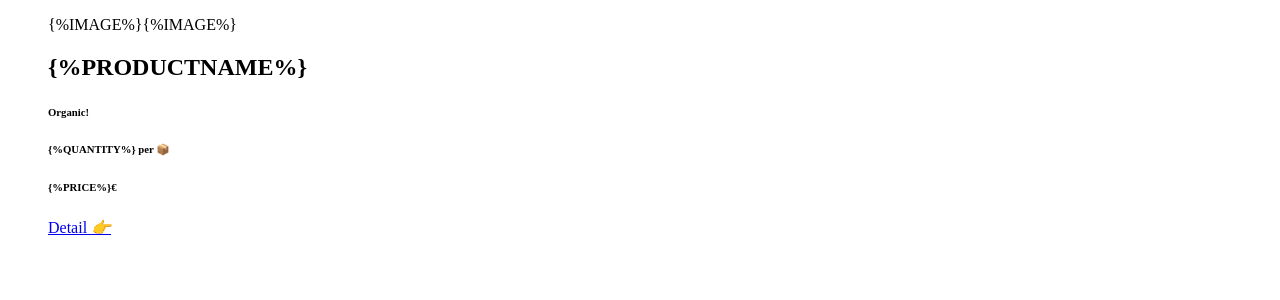
Repository: 13-Joban/Node_Farm_Backend
Page: templates/template-card.html
These files come from the project's save history. The page is drawn as it stood at one moment and after a run of saves; the edit follows.
The browser window is 1280 px wide. The pictures show the whole page.

Above is the page before, as saved 2022-07-17 09:45:43.

### templates/template-card.html
<figure class="card">
    <div class="card__emoji">{%IMAGE%}{%IMAGE%}</div>

    <div class="card__title-box">
      <h2 class="card__title">{%PRODUCTNAME%}</h2>
    </div>

    <div class="card__details">
      <div class="card__detail-box {%NOTORGANIC%}">
        <h6 class="card__detail card__detail--organic">Organic!</h6>
      </div>

      <div class="card__detail-box">
        <h6 class="card__detail">{%QUANTITY%} per 📦 </h6>
      </div>

      <div class="card__detail-box">
        <h6 class="card__detail card__detail--price">{%PRICE%}€</h6>
      </div>
    </div>

    <a class="card__link" href="/products/id={%ID%}">
      <span>Detail <i class="emoji-right">👉</i></span>
    </a>
  </figure>

After the next 2 saves:
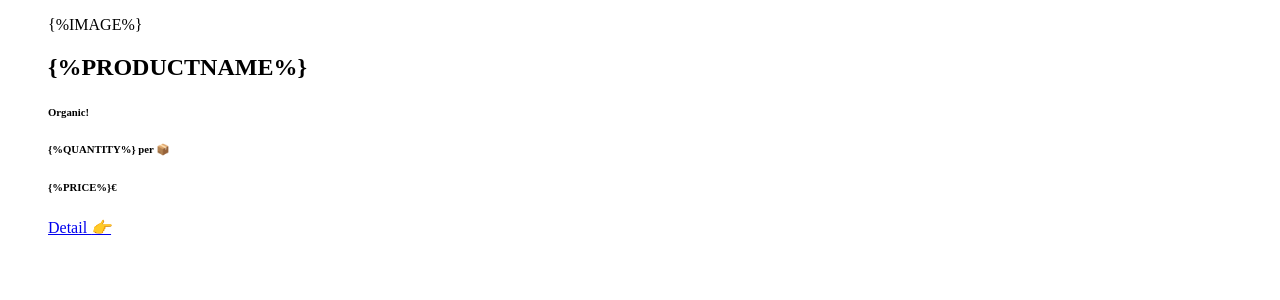
The 2 saves are shown as one change because they came seconds apart.
The last was saved 4 min 4 s later.
--- a/templates/template-card.html
+++ b/templates/template-card.html
@@ -1,5 +1,5 @@
 <figure class="card">
-    <div class="card__emoji">{%IMAGE%}{%IMAGE%}</div>
+    <div class="card__emoji">{%IMAGE%}</div>
 
     <div class="card__title-box">
       <h2 class="card__title">{%PRODUCTNAME%}</h2>
